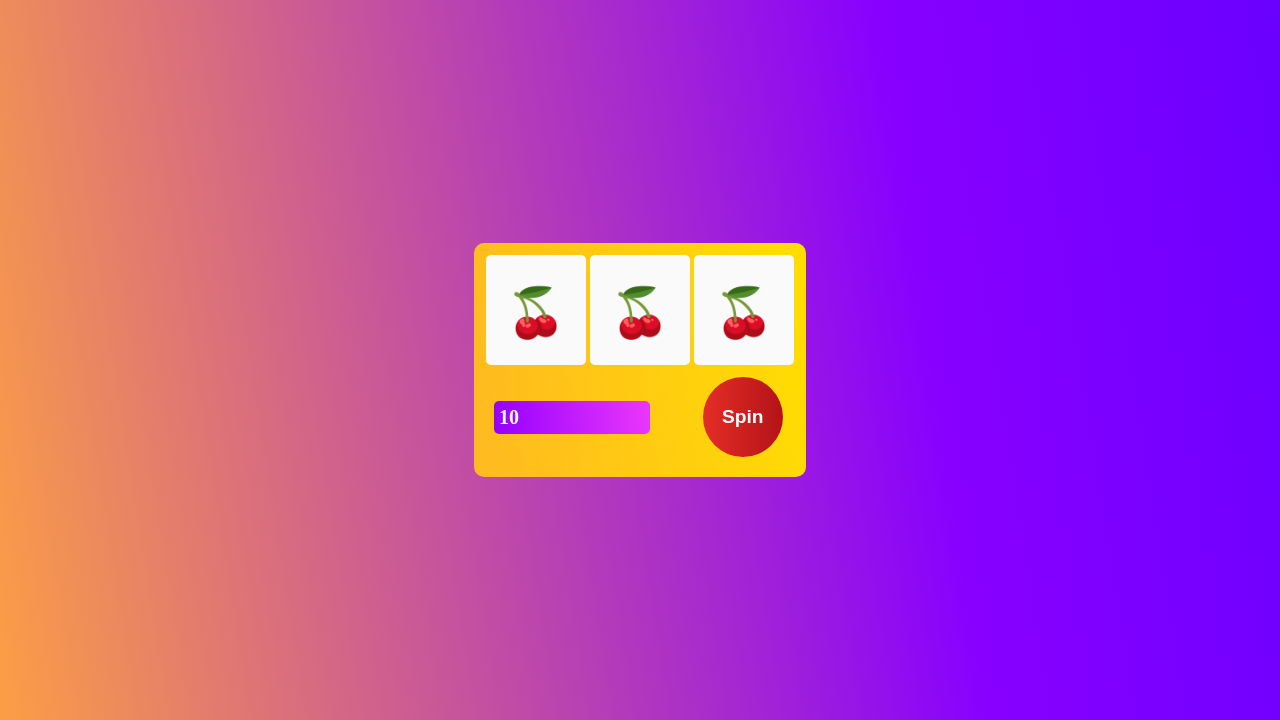
Repository: HERBOD7/slotmachine
Page: /
An editor plug-in stored every save of this project. The page is shown before and after the next save, followed by the edit.
The browser window is 1280 px wide. The pictures show the whole page.
The project was rebuilt for these pictures with package versions that can differ from the ones it lists, and the page was loaded fresh each time. Also part of the build but not shown: vue.config.js.

Above is the page before, as saved 2023-07-23 23:16:29.

### src/App.vue
<template>
  <div id="app">
    <div class="machine">
      <div class="slots">
        <div class="slot" v-for="(symbol, name, i) in symbols" :key="i">
          <SlotBox
            :symbols="symbol"
            :slotName="name"
            :slotIsShuffling="isShuffling"
          />
        </div>
      </div>

      <div class="buttons">
        <div class="credit">{{ credit }}</div>
        <button
          @click="spin"
          class="spinner"
          :disabled="!this.credit || isShuffling"
        >
          Spin
        </button>
      </div>
    </div>
  </div>
</template>

<script>
import SlotBox from "./components/SlotBox.vue";

export default {
  name: "App",
  components: {
    SlotBox,
  },
  data() {
    return {
      symbols: {
        firstSlot: [
          {
            name: "cherry",
            value: 10,
            emoji: "🍒",
          },
          {
            name: "lemon",
            value: 20,
            emoji: "🍋",
          },
          {
            name: "orange",
            value: 30,
            emoji: "🍊",
          },
          {
            name: "watermelon",
            value: 40,
            emoji: "🍉",
          },
        ],
        secondSlot: [
          {
            name: "cherry",
            value: 10,
            emoji: "🍒",
          },
          {
            name: "lemon",
            value: 20,
            emoji: "🍋",
          },
          {
            name: "orange",
            value: 30,
            emoji: "🍊",
          },
          {
            name: "watermelon",
            value: 40,
            emoji: "🍉",
          },
        ],
        thirdSlot: [
          {
            name: "cherry",
            value: 10,
            emoji: "🍒",
          },
          {
            name: "lemon",
            value: 20,
            emoji: "🍋",
          },
          {
            name: "orange",
            value: 30,
            emoji: "🍊",
          },
          {
            name: "watermelon",
            value: 40,
            emoji: "🍉",
          },
        ],
      },
      isShuffling: false,
      credit: 10,
      audio: {
        spin: new Audio(
          "https://freesound.org/data/previews/120/120373_824230-lq.mp3"
        ),
        spinEnd: new Audio(
          "https://freesound.org/data/previews/145/145441_2615119-lq.mp3"
        ),
      },
    };
  },
  methods: {
    spin() {
      if (this.credit) {
        this.credit--;
        this.audio.spin.play();
        this.isShuffling = true;
        let rolledSymbols = [];
        for (let name in this.symbols) {
          const arr = [];
          arr.push(...this.symbols[name]);
          const shuffleArr = this.shuffle(arr);
          this.symbols[name] = shuffleArr;
          rolledSymbols.push(shuffleArr[0]);
        }

        if (this.credits >= 40 && this.credits < 60) {
          const shouldReroll = Math.random() < 0.3;
          if (shouldReroll) {
            this.spin();
          }
        } else if (this.credits >= 60) {
          const shouldReroll = Math.random() < 0.6;
          if (shouldReroll) {
            this.spin();
          }
        }

        // console.log(
        //   (rolledSymbols[0].value === rolledSymbols[1].value && rolledSymbols[1].value === rolledSymbols[2].value);
        if (
          rolledSymbols[0].value === rolledSymbols[1].value &&
          rolledSymbols[1].value === rolledSymbols[2].value
        ) {
          console.log(this.credit, rolledSymbols[0].value);
          this.credit = this.credit + rolledSymbols[0].value;
        }

        setTimeout(() => {
          this.audio.spin.pause();
          this.isShuffling = false;
          this.audio.spinEnd.play();
        }, 500);
        setTimeout(() => {
          this.audio.spinEnd.pause();
        }, 450);
      }
    },
    shuffle(array) {
      for (let i = array.length - 1; i > 0; i--) {
        const j = Math.floor(Math.random() * (i + 1));
        [array[i], array[j]] = [array[j], array[i]];
      }
      return array;
    },
    cashOut() {
      this.credits += this.reward;
      this.reward = 0;
    },
  },
};
</script>

<style>
body {
  width: 100vw;
  height: 100vh;
  margin: 0;
  padding: 0;
}

#app {
  width: 100%;
  height: 100%;
  display: flex;
  flex-direction: column;
  justify-content: center;
  align-items: center;
  background: rgb(106, 0, 255);
  background: linear-gradient(
    261deg,
    rgba(106, 0, 255, 1) 0%,
    rgba(136, 0, 255, 1) 29%,
    rgba(252, 158, 69, 1) 100%
  );
}

.machine {
  background: rgb(255, 222, 1);
  background: linear-gradient(
    261deg,
    rgba(255, 222, 1, 1) 0%,
    rgba(255, 185, 33, 1) 100%
  );
  padding: 10px;
  border-radius: 10px;
}

.slots {
  display: flex;
  /* background: rgb(255, 222, 1);
  background: linear-gradient(
    261deg,
    rgba(255, 222, 1, 1) 0%,
    rgba(255, 185, 33, 1) 100%
  );
  padding: 10px;
  border-radius: 10px; */
}

.slot {
  background: #fafafa;
  width: 100px;
  height: 110px;
  overflow: hidden;
  border-radius: 5px;
  margin: 2px;
}

.buttons {
  display: flex;
  align-items: center;
  justify-content: space-between;
  padding: 10px;
}

button {
  cursor: pointer;
  font-size: 1.2rem;
  margin: 0 0.2rem;
  border: none;
  border-radius: 5px;
  padding: 10px 15px;
}

.credit {
  background: rgb(149, 0, 255);
  background: linear-gradient(
    85deg,
    rgba(149, 0, 255, 1) 0%,
    rgba(235, 55, 250, 1) 100%
  );
  padding: 5px;
  border-radius: 5px;
  color: white;
  width: 50%;
  font-size: 20px;
  font-weight: bold;
}

.spinner {
  height: 80px;
  width: 80px;
  border-radius: 100%;
  background-image: linear-gradient(
    to right,
    #e52d27 0%,
    #b31217 51%,
    #e52d27 100%
  );
  color: white;
  font-weight: bold;
  transition: 0.5s;
  background-size: 200% auto;
}

.spinner:hover {
  background-position: right center;
}
</style>

### src/components/SlotBox.vue
<template>
  <div class="boxes">
    <div
      :class="[
        'box',
        slotIsShuffling ? 'before-animate blur' : slotName + '-animation',
      ]"
      v-for="(item, index) in symbols"
      :key="index"
    >
      {{ item.emoji }}
    </div>
  </div>
</template>

<script>
export default {
  name: "SlotBox",
  props: {
    symbols: Array,
    slotIsShuffling: Boolean,
    slotName: String,
  },
};
</script>

<!-- Add "scoped" attribute to limit CSS to this component only -->
<style scoped>
.boxes {
  transform: translateY(0);
  transition: transform 1s ease-in-out;
}

.box {
  display: flex;
  justify-content: center;
  align-items: center;
  font-size: 3rem;
  height: 110px;
  width: 100px;
}

.firstSlot-animation {
  transform: translateY(3px);
  transition: transform 0.5s ease-in-out;
}

.secondSlot-animation {
  transform: translateY(3px);
  transition: transform 0.8s ease-in-out;
}

.thirdSlot-animation {
  transform: translateY(3px);
  transition: transform 1s ease-in-out;
}

.before-animate {
  transform: translateY(-20px);
}

.blur {
  filter: blur(1px);
}
</style>

Loaded but not shown: public/index.html (common file); src/main.js (common file)

After the next save:
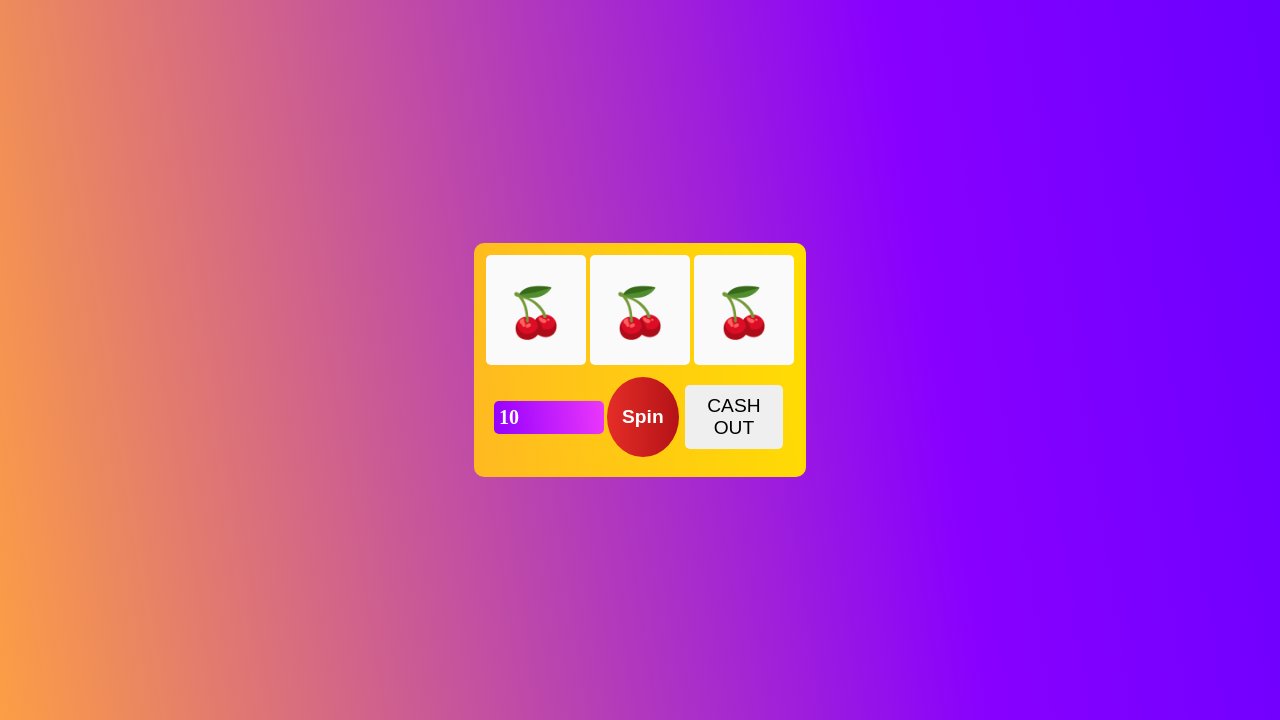
Saved 15 min 53 s later.
--- a/src/App.vue
+++ b/src/App.vue
@@ -20,6 +20,7 @@
         >
           Spin
         </button>
+        <button>CASH OUT</button>
       </div>
     </div>
   </div>
@@ -111,6 +112,9 @@ export default {
         ),
         spinEnd: new Audio(
           "https://freesound.org/data/previews/145/145441_2615119-lq.mp3"
+        ),
+        win: new Audio(
+          "https://freesound.org/data/previews/387/387232_1474204-lq.mp3"
         ),
       },
     };
@@ -142,8 +146,6 @@ export default {
           }
         }
 
-        // console.log(
-        //   (rolledSymbols[0].value === rolledSymbols[1].value && rolledSymbols[1].value === rolledSymbols[2].value);
         if (
           rolledSymbols[0].value === rolledSymbols[1].value &&
           rolledSymbols[1].value === rolledSymbols[2].value
